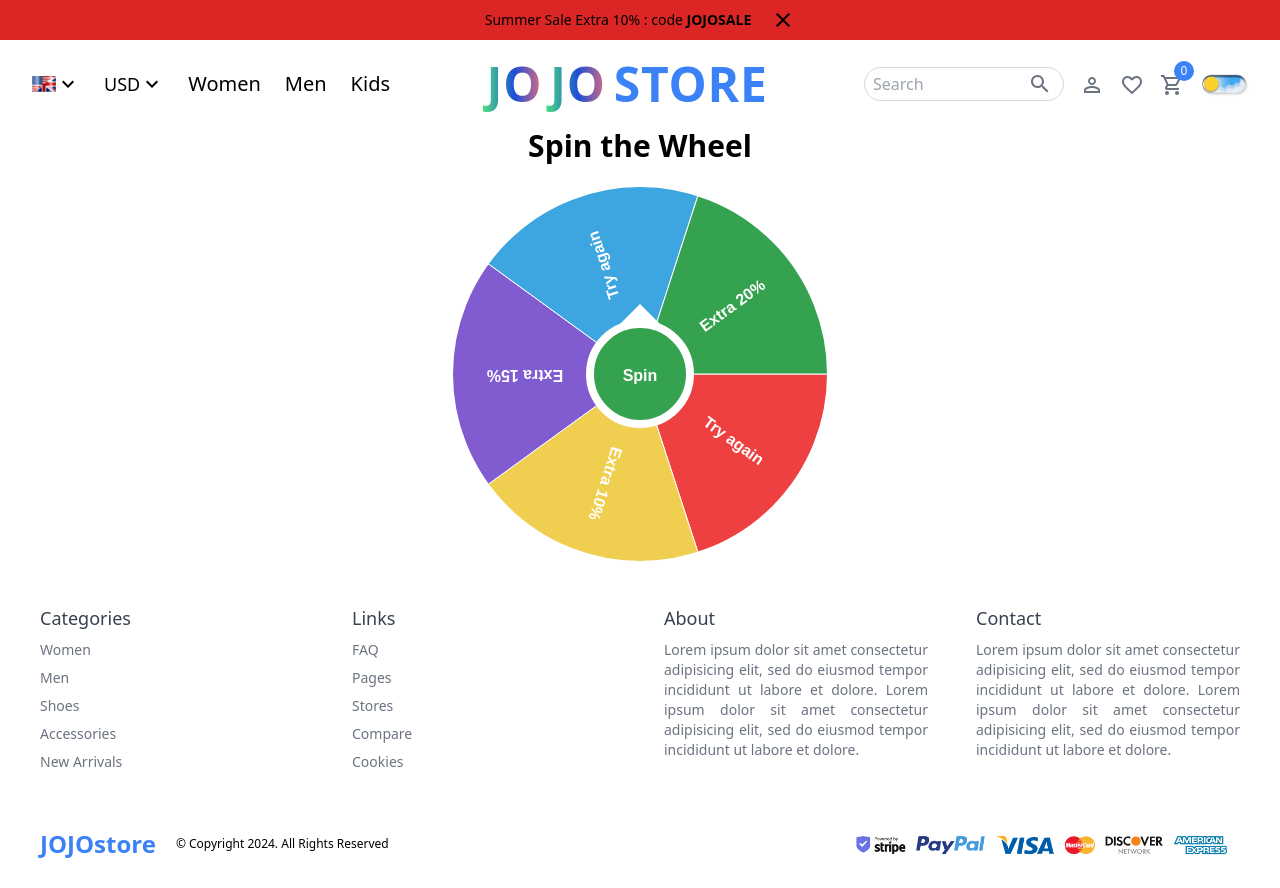
Repository: AiTrinh303/JOJO-STORE
Page: /spinwheelgame
The author's editor kept a copy of each file at every save. The page is drawn from the files as they stood at one save, then again after the next save.
The browser window is 1280 px wide. The pictures show the whole page.
The project was rebuilt for these pictures with package versions that can differ from the ones it lists, and the page was loaded fresh each time. Also part of the build but not shown: vite.config.js, src/components/Cart.jsx, src/components/Form.jsx, src/components/Slider/Slide1.jsx, src/components/Slider/Slide2.jsx, src/components/Slider/Slide3.jsx, src/components/Slider/Slider.scss, src/components/Slider/Slider.jsx and 23 more.

Above is the page before, as saved 2024-06-14 07:54:29.

### index.html
<!doctype html>
<html lang="en">
  <head>
    <meta charset="UTF-8" />
    <link rel="icon" type="image/svg+xml" href="/vite.svg" />
    <meta name="viewport" content="width=device-width, initial-scale=1.0" />
    <title>JOJO-STORE</title>
  </head>
  <body>
    <div id="root"></div>
    <script type="module" src="/src/main.jsx"></script>
  </body>
</html>

### src/main.jsx
import React from 'react'
import ReactDOM from 'react-dom/client'
import App from './App'
import './index.css'



ReactDOM.createRoot(document.getElementById('root')).render(
  <React.StrictMode>
      <App />
  </React.StrictMode>,
)

### src/App.jsx
import { useEffect } from "react";
import { createBrowserRouter, RouterProvider, Outlet } from "react-router-dom";

// Context
import ShopContextProvider from "./Context/ShopContext";
import {AuthProvider} from "./Context/AuthContext";

// Pages
import Footer from "./components/Footer";
import Header from "./components/Header/Header";
import Home from "./pages/Home";
import ShopCategory from "./pages/ShopCategory";
import Product from "./pages/Product";
import Wishlists from "./pages/Wishlists/Wishlists";
import Login from "./pages/Login";
import Register from "./pages/Register";
import Profile from "./pages/Profile";
import CartPage from "./pages/CartPage/CartPage";
import FilteredProductList from "./pages/FilteredProductList";
import BackToTopButton from "./components/BackToTopButton";
import SpinWheelGame from "./components/SpinWheelGame";

// Styles
import AOS from 'aos';
import 'aos/dist/aos.css';
import women_banner from './assets/banner_women.png';
import men_banner from './assets/banner_men.png';
import kids_banner from './assets/banner_kids.png';

// Import PrivateRoute component
// import PrivateRoute from "./components/PrivateRoute"; // Adjust the path as per your project structure

const Layout = () => {
  return (
    <div className="app">
      <Header />
      <Outlet />
      <Footer />
      <BackToTopButton />
    </div>
  );
};

// Define your routes using createBrowserRouter
const router = createBrowserRouter([
  {
    path: "/",
    element: <Layout />,
    children: [
      { path: "/", element: <Home /> },
      { path: "/women", element: <ShopCategory banner={women_banner} category="women" /> },
      { path: "/men", element: <ShopCategory banner={men_banner} category="men" /> },
      { path: "/kids", element: <ShopCategory banner={kids_banner} category="kids" /> },
      { path: "/product/:productId", element: <Product /> },
      { path: "/filtered-products", element: <FilteredProductList /> },
      { path: "/cartpage", element: <CartPage /> },
      { path: "/wishlists", element: <Wishlists /> },
      { path: "/login", element: <Login /> },
      { path: "/register", element: <Register />},
      { path: "/profile", element: <Profile />},
      { path: "/spinwheelgame", element: <SpinWheelGame/>},
      // { path: "/dashboard", element: <PrivateRoute element={<Dashboard />} /> },
    ],
  },
]);

function App() {
  useEffect(() => {
    AOS.init({
      offset: 200,
      duration: 1000,
      delay: 150,
    });
    AOS.refresh();
  }, []);

  return (

      <ShopContextProvider>
          <AuthProvider>
             <RouterProvider router={router} />
          </AuthProvider>
      </ShopContextProvider>
  );

}

export default App;

### src/index.css
@tailwind base;
@tailwind components;
@tailwind utilities;


.dark {
    background-color: black;
    color: #ffffff;

  }

.light {
    background-color: #ffffff;
    color: #000000;
  }

### src/Context/ShopContext.jsx
import { createContext, useReducer } from "react";
import all_product from '../assets/all_product';
import { shopReducer, initialState } from "./Reducer/shopReducer";

export const ShopContext = createContext(null);


const ShopContextProvider = (props) => {
    const [state, dispatch] = useReducer(shopReducer, initialState);

    const addToCart = (itemId, quantity = 1) => {
        dispatch({ type: "ADD_TO_CART", payload: { itemId, quantity } });
    };

    const removeFromCart = (itemId) => {
        dispatch({ type: "REMOVE_FROM_CART", payload: { itemId } });
    };

    const resetCart = () => {
        dispatch({ type: "RESET_CART" });
    };

    const addToWishlist = (itemId) => {
        dispatch({ type: "ADD_TO_WISHLIST", payload: { itemId } });
    };

    const removeFromWishlist = (itemId) => {
        dispatch({ type: "REMOVE_FROM_WISHLIST", payload: itemId });
    };

    const getTotalCartAmount = () => {
        let totalAmount = 0;
        for (const item in state.cartItems) {
            if (state.cartItems[item] > 0) {
                let itemInfo = all_product.find((product) => product.id === Number(item));
                if (itemInfo) {
                    totalAmount += itemInfo.new_price * state.cartItems[item];
                }
            }
        }
        return totalAmount;
    };

    const getTotalCartItems = () => {
        let totalItems = 0;
        for (const item in state.cartItems) {
            if (state.cartItems[item] > 0) {
                totalItems += state.cartItems[item];
            }
        }
        return totalItems;
    };

    const contextValue = {
        all_product,
        cartItems: state.cartItems,
        wishlist: state.wishlist,
        addToCart,
        removeFromCart,
        resetCart,
        getTotalCartAmount,
        getTotalCartItems,
        addToWishlist,
        removeFromWishlist
    };

    return (
        <ShopContext.Provider value={contextValue}>
            {props.children}
        </ShopContext.Provider>
    );
};

export default ShopContextProvider;

### src/Context/AuthContext.jsx
// //Create Authentication Logic - The AuthProvider component will be updated with login and logout functions. This function will be passed down through the AuthContext.Provider and it will be accessible globally.

// import { useContext, createContext, useState } from "react";
// import { useNavigate } from "react-router-dom";

// const AuthContext = createContext();

// const AuthProvider = ({ children }) => {
//   const [user, setUser] = useState(null);
//   const [token, setToken] = useState(localStorage.getItem("site") || "");
//   const navigate = useNavigate();
//   const loginAction = async (data) => {
//     try {
//       const response = await fetch("your-api-endpoint/auth/login", {
//         method: "POST",
//         headers: {
//           "Content-Type": "application/json",
//         },
//         body: JSON.stringify(data),
//       });
//       const res = await response.json();
//       if (res.data) {
//         setUser(res.data.user);
//         setToken(res.token);
//         localStorage.setItem("site", res.token);
//         navigate("/dashboard");
//         return;
//       }
//       throw new Error(res.message);
//     } catch (err) {
//       console.error(err);
//     }
//   };

//   const logOut = () => {
//     setUser(null);
//     setToken("");
//     localStorage.removeItem("site");
//     navigate("/login");
//   };

//   return (
//     <AuthContext.Provider value={{ token, user, loginAction, logOut }}>
//       {children}
//     </AuthContext.Provider>
//   );

// };

// export default AuthProvider;

// export const useAuth = () => {
//   return useContext(AuthContext);
// };


import { createContext, useState } from "react";

export const AuthContext = createContext();

export const AuthProvider = ({ children }) => {
  const [user, setUser] = useState(null);

  const login = (userData) => {
    setUser(userData);
  };

  const logout = () => {
    setUser(null);
  };

  return (
    <AuthContext.Provider value={{ user, setUser, login, logout }}>
      {children}
    </AuthContext.Provider>
  );
};

### src/components/Footer.jsx
import React from "react";

const Footer = () => {
  return (
    <div className="footer mx-10 my-5">
      <div className="top flex gap-12">
        <div className="item flex-1 flex flex-col gap-2 text-justify text-sm">
          <h1 className="text-lg font-medium text-gray-700">Categories</h1>
          <span className="text-gray-500">Women</span>
          <span className="text-gray-500">Men</span>
          <span className="text-gray-500">Shoes</span>
          <span className="text-gray-500">Accessories</span>
          <span className="text-gray-500">New Arrivals</span>
        </div>
        <div className="item flex-1 flex flex-col gap-2 text-justify text-sm">
          <h1 className="text-lg font-medium text-gray-700">Links</h1>
          <span className="text-gray-500">FAQ</span>
          <span className="text-gray-500">Pages</span>
          <span className="text-gray-500">Stores</span>
          <span className="text-gray-500">Compare</span>
          <span className="text-gray-500">Cookies</span>
        </div>
        <div className="item flex-1 flex flex-col gap-2 text-justify text-sm">
          <h1 className="text-lg font-medium text-gray-700">About</h1>
          <span className="text-gray-500">
            Lorem ipsum dolor sit amet consectetur adipisicing elit, sed do
            eiusmod tempor incididunt ut labore et dolore. Lorem ipsum dolor sit
            amet consectetur adipisicing elit, sed do eiusmod tempor incididunt
            ut labore et dolore.
          </span>
        </div>
        <div className="item flex-1 flex flex-col gap-2 text-justify text-sm">
          <h1 className="text-lg font-medium text-gray-700">Contact</h1>
          <span className="text-gray-500">
            Lorem ipsum dolor sit amet consectetur adipisicing elit, sed do
            eiusmod tempor incididunt ut labore et dolore. Lorem ipsum dolor sit
            amet consectetur adipisicing elit, sed do eiusmod tempor incididunt
            ut labore et dolore.
          </span>
        </div>
      </div>
      <div className="bottom flex items-center justify-between mt-12">
        <div className="left flex items-center">
          <span className="logo text-blue-500 font-bold text-2xl">JOJOstore</span>
          <span className="copyright ml-5 text-xs text-black-500">
            © Copyright 2024. All Rights Reserved
          </span>
        </div>
        <div className="right">
          <img src="src/assets/payment.png" alt="payment" className="h-12" />
        </div>
      </div>
    </div>
  );
};

export default Footer;

### src/components/Header/Header.jsx

import NavbarExtra from './NavbarExtra'
import Navbar from './Navbar'

const Header = () => {
  return (
    <div>
      <NavbarExtra />
      <Navbar />
    </div>
  )
}

export default Header

### src/components/SpinWheelGame.jsx
import WheelComponent from "./WheelComponent";

export default function App() {
  const segments = [
    "Try again",
    "Extra 10%",
    "Extra 15%",
    "Try again",
    "Extra 20%",
  ];
  const segColors = ["#EE4040", "#F0CF50", "#815CD1", "#3DA5E0", "#34A24F"];
  const onFinished = (winner) => {
    console.log(winner);

  };
  return (
    <div className="">
      <h1 className="text-center text-3xl font-bold">Spin the Wheel</h1>
      <div className="flex items-center justify-center">
        <WheelComponent
          segments={segments}
          segColors={segColors}
          onFinished={(winner) => onFinished(winner)}
          primaryColor="#11111"
          contrastColor="white"
          buttonText="Spin"
          isOnlyOnce={false}
          size={190}
          upDuration={500}
          downDuration={600}
          fontFamily="Arial"
        />
      </div>
      {/* <h2>Start editing to see some magic happen!</h2> */}
    </div>
  );
}

### src/Context/Reducer/shopReducer.jsx

// import all_product from "../../assets/all_product";

// const getDefaultValue = () => {
//     let cart = {};
//     for (let index = 0; index < all_product.length; index++) {
//         cart[index] = 0;
//     }
//     return cart;
// };

// export const initialState = {
//     cartItems: getDefaultValue(),
//     wishlist: []
// };

// export const shopReducer = (state, action) => {
//     switch (action.type) {
//         case "ADD_TO_CART":
//             return {
//                 ...state,
//                 cartItems: {
//                     ...state.cartItems,
//                     [action.payload.itemId]: (state.cartItems[action.payload.itemId] || 0) + action.payload.quantity
//                 }
//             };
//         case "REMOVE_FROM_CART":
//             return {
//                 ...state,
//                 cartItems: {
//                     ...state.cartItems,
//                     [action.payload.itemId]: state.cartItems[action.payload.itemId] - 1
//                 }
//             };
//         case "RESET_CART":
//             return {
//                 ...state,
//                 cartItems: getDefaultValue()
//             };
//         case "ADD_TO_WIS                    [action.payload.itemId]: (state.cartItems[action.payload.itemId] || 0) + action.payload.quantity
//                 }
//             };
//         case "REMOVE_FROM_CART":
//             return {
//                 ...state,
//                 cartItems: {
//                     ...state.cartItems,
//                     [action.payload.itemId]: state.cartItems[action.payload.itemId] - 1
//                 }
//             };
//         case "RESET_CART":
//             return {
//                 ...state,
//                 cartItems: getDefaultValue()
//             };
//         case "ADD_TO_WISHLIST":
//             return {
//                 ...state,
//                 wishlist: [...state.wishlist, action.payload.itemId]
//             };
//         case "REMOVE_FROM_WISHLIST":
//             const newWishlist = [...state.wishlist];
//             newWishlist.splice(newWishlist.indexOf(action.payload.itemId), 1)}
//             return {
//                 ...state,
//                 wishlist: newWishlist};

//         default:
//             return state;
//     }
// };


import all_product from "../../assets/all_product";

const getDefaultValue = () => {
    let cart = {};
    for (let index = 0; index < all_product.length; index++) {
        cart[index] = 0;
    }
    return cart;
};

export const initialState = {
    cartItems: getDefaultValue(),
    wishlist: []
};

export const shopReducer = (state, action) => {
    switch (action.type) {
        case "ADD_TO_CART":
            return {
                ...state,
                cartItems: {
                    ...state.cartItems,
                    [action.payload.itemId]: (state.cartItems[action.payload.itemId] || 0) + action.payload.quantity
                }
            };
        case "REMOVE_FROM_CART":
            return {
                ...state,
                cartItems: {
                    ...state.cartItems,
                    [action.payload.itemId]: Math.max(0, state.cartItems[action.payload.itemId] - 1)
                }
            };
        case "RESET_CART":
            return {
                ...state,
                cartItems: getDefaultValue()
            };
        case "ADD_TO_WISHLIST":
            if (!state.wishlist.includes(action.payload.itemId)) {
                return {
                    ...state,
                    wishlist: [...state.wishlist, action.payload.itemId]
                };
            }
            return state;
        case "REMOVE_FROM_WISHLIST":
                return {
                    ...state,
                    wishlist: state.wishlist.filter((item) => item.itemId !== action.payload.itemId)
                };

        default:
            return state;
    }
};

### src/components/Header/NavbarExtra.jsx
import CloseIcon from '@mui/icons-material/Close';
import LocalShippingIcon from '@mui/icons-material/LocalShipping';
import ContactMailIcon from '@mui/icons-material/ContactMail';
import SyncAltIcon from '@mui/icons-material/SyncAlt';
import { useState } from 'react';

const NavbarExtra = () => {
  const [showSale, setShowSale] = useState(true);

  return (
    <div data-aos="fade-down" className="navbar h-12">
      {showSale ? (
        <div className="wrapper py-2 px-4 md:px-10 flex items-center justify-center items-center gap-5 bg-red-600 text-black-600 text-xs md:text-sm">
          <div>
            <p>Summer Sale Extra 10% : code <strong>JOJOSALE</strong></p>
          </div>
          <div>
            <CloseIcon onClick={() => setShowSale(false)} className="text-black-700 hover:text-black-900"/>
          </div>
        </div>
      ) : (
        <div className="wrapper py-2 px-4 md:px-10 flex flex-col md:flex-row items-center justify-between bg-gray-200 text-gray-500 text-xs md:text-sm">
          <div className="my-1 md:my-0">
            <p><ContactMailIcon className='px-1'/>Help and Contact</p>
          </div>
          <div className="my-1 md:my-0">
            <p><LocalShippingIcon className='px-1'/>Free standard delivery over €50 & free return*</p>
          </div>
          <div className="my-1 md:my-0">
            <p><SyncAltIcon className='px-1'/>100-day return policy</p>
          </div>
        </div>
      )}
    </div>
  );
};

export default NavbarExtra;

### src/components/Header/DarkMode.jsx
import LightButton from "../../assets/light-mode-button.png";
import DarkButton from "../../assets/dark-mode-button.png";
import { useEffect, useState } from "react";

const DarkMode = () => {
  const [theme, setTheme] = useState(
    localStorage.getItem("theme") ? localStorage.getItem("theme") : "light"
  );

  const element = document.documentElement; // html element

 useEffect(() => {
    if (theme === "dark") {
      element.classList.add("dark");
      localStorage.setItem("theme", "dark");
    } else {
      element.classList.remove("dark");
      localStorage.setItem("theme", "light");
    }
  }, [theme]);

  return (
    <div className="relative">
      <img
        src={LightButton}
        alt=""
        onClick={() => setTheme(theme === "light" ? "dark" : "light")}
        className={`w-12 cursor-pointer drop-shadow-[1px_1px_1px_rgba(0,0,0,0.1)] transition-all duration-300 absolute right-0 z-10 ${
          theme === "dark" ? "opacity-0" : "opacity-100"
        } `}
      />
      <img
        src={DarkButton}
        alt=""
        onClick={() => setTheme(theme === "light" ? "dark" : "light")}
        className="w-12 cursor-pointer drop-shadow-[1px_1px_1px_rgba(0,0,0,0.1)] transition-all duration-300"
      />
    </div>
  );
};

export default DarkMode;

Loaded but not shown: tailwind.config.js (common file); src/assets/all_product.js (906 lines, source omitted); src/components/WheelComponent.tsx (267 lines, source omitted); src/components/Header/Navbar.jsx (125 lines, source omitted)

After the next save:
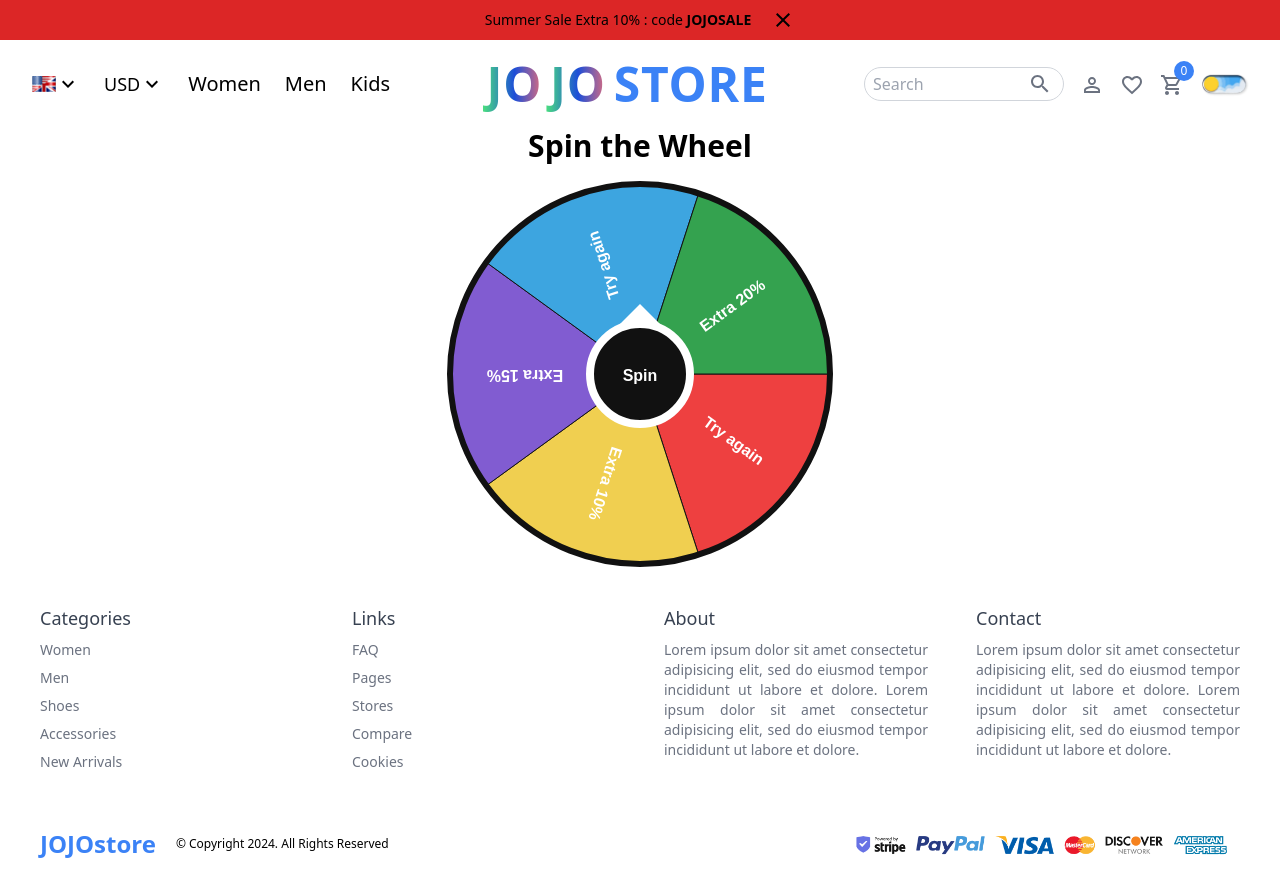
Saved 11 s later.
--- a/src/components/SpinWheelGame.jsx
+++ b/src/components/SpinWheelGame.jsx
@@ -21,7 +21,7 @@ export default function App() {
           segments={segments}
           segColors={segColors}
           onFinished={(winner) => onFinished(winner)}
-          primaryColor="#11111"
+          primaryColor="#111"
           contrastColor="white"
           buttonText="Spin"
           isOnlyOnce={false}
